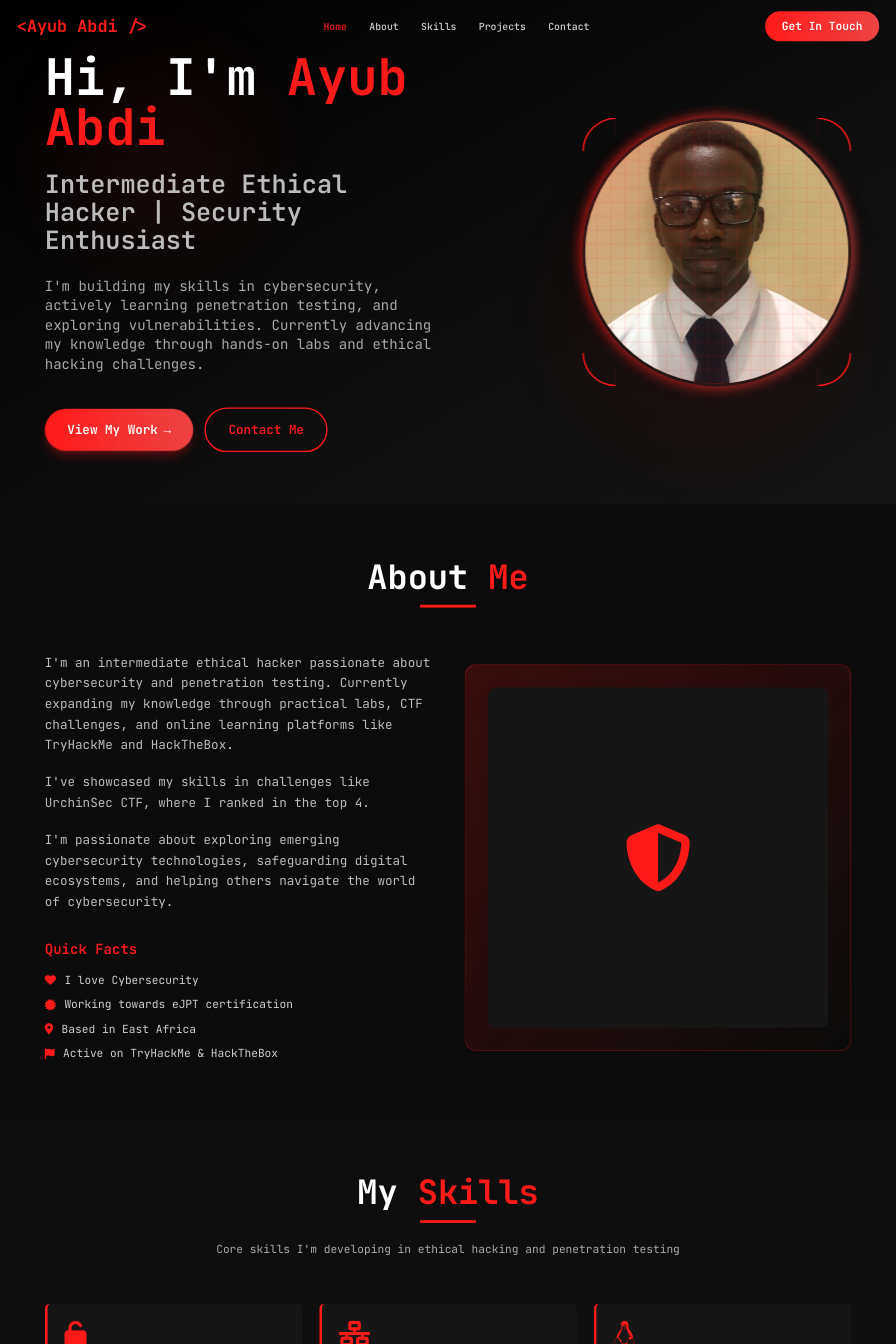
Repository: Eyub-Abdi/portfolio
Page: /
The author's editor kept a copy of each file at every save. The page is drawn from the files as they stood at one save, then again after the next save.
The browser window is 1280 px wide. The pictures show the part of the page from y = 0 to 1920 px (the page is 5001 px tall), at 70% of full size.
The project was rebuilt for these pictures with package versions that can differ from the ones it lists, and the page was loaded fresh each time. Also part of the build but not shown: vite.config.ts.

Above is the page before, as saved 2025-12-02 12:17:08.

After the next save:
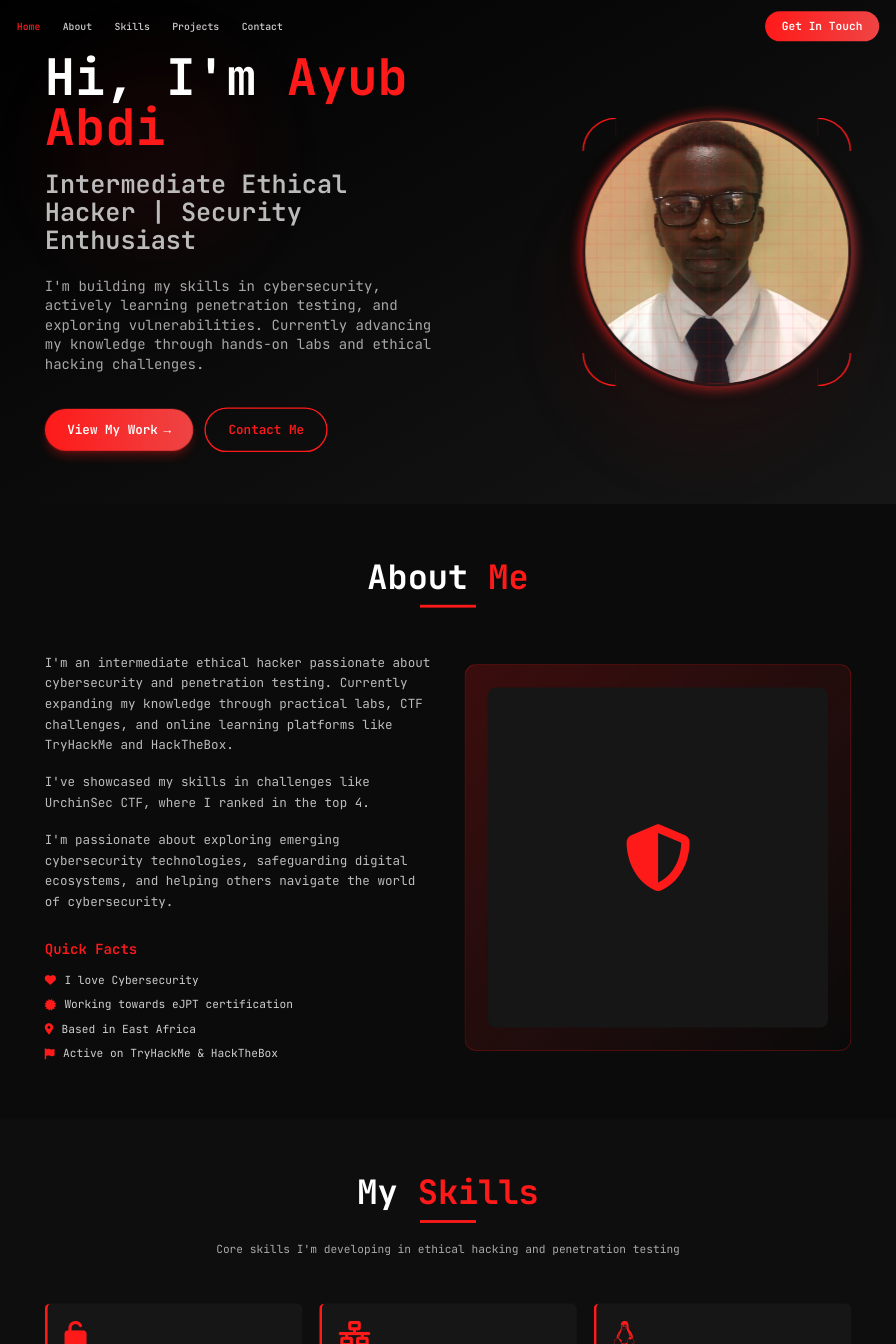
Saved 87 s later.
--- a/src/App.tsx
+++ b/src/App.tsx
@@ -74,17 +74,6 @@ function App() {
       <header className={`fixed w-full z-50 transition-all duration-300 ${isScrolled ? 'bg-black/80 backdrop-blur-md border-b border-red-terminal/10' : 'bg-transparent'}`}>
         <nav className="container mx-auto px-6 py-4">
           <div className="flex items-center justify-between">
-            <a
-              href="#home"
-              onClick={e => {
-                e.preventDefault()
-                scrollToSection('home')
-              }}
-              className="text-red-terminal text-2xl font-bold hover:opacity-80 transition-opacity"
-            >
-              &lt;Ayub Abdi /&gt;
-            </a>
-
             <ul className="hidden md:flex items-center gap-8">
               {['home', 'about', 'skills', 'projects', 'contact'].map(item => (
                 <li key={item}>
